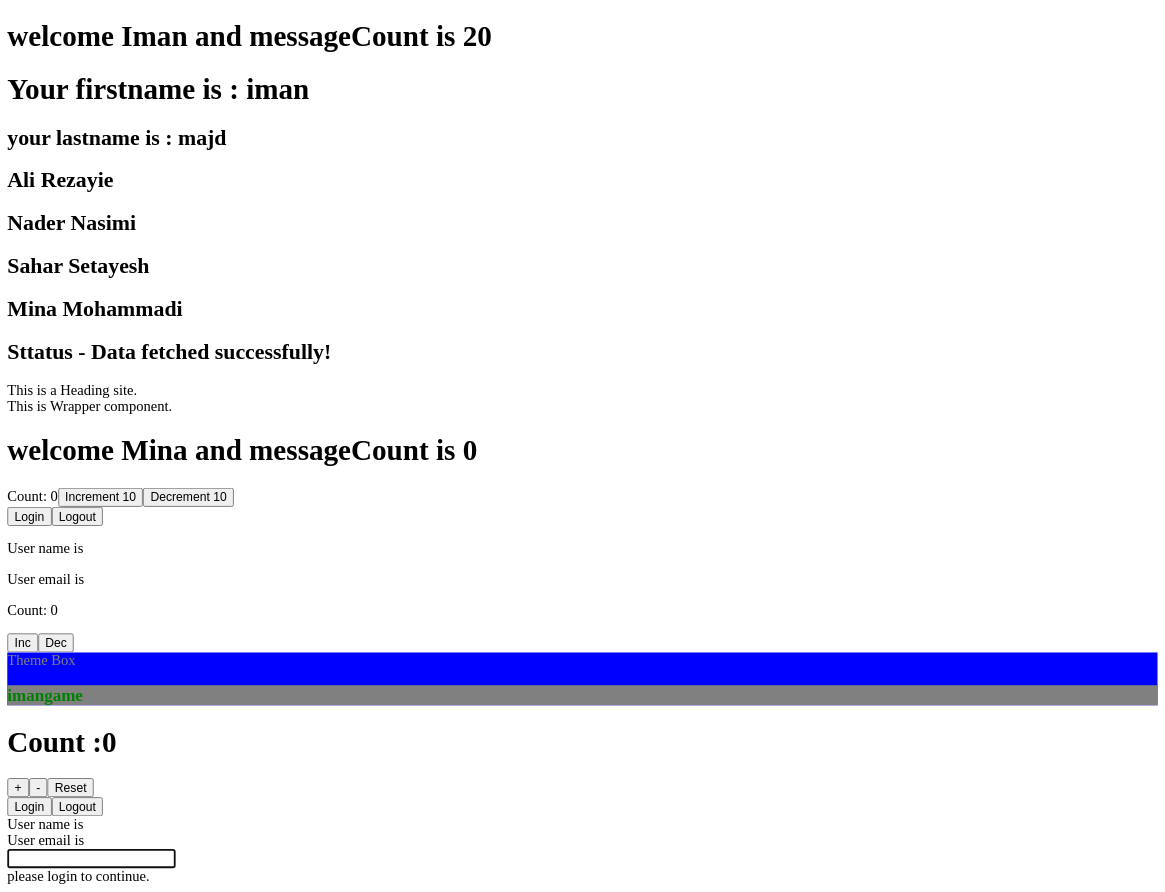
Repository: imangame2125/Typescript-learn-course
Page: /
An editor plug-in stored every save of this project. The page is shown before and after a run of saves, followed by the edit.
The browser window is 1280 px wide. The pictures show the whole page, at 91% of full size.
The project was rebuilt for these pictures with package versions that can differ from the ones it lists, and the page was loaded fresh each time.

Above is the page before, as saved 2023-10-01 15:47:45.

After the next 2 saves:
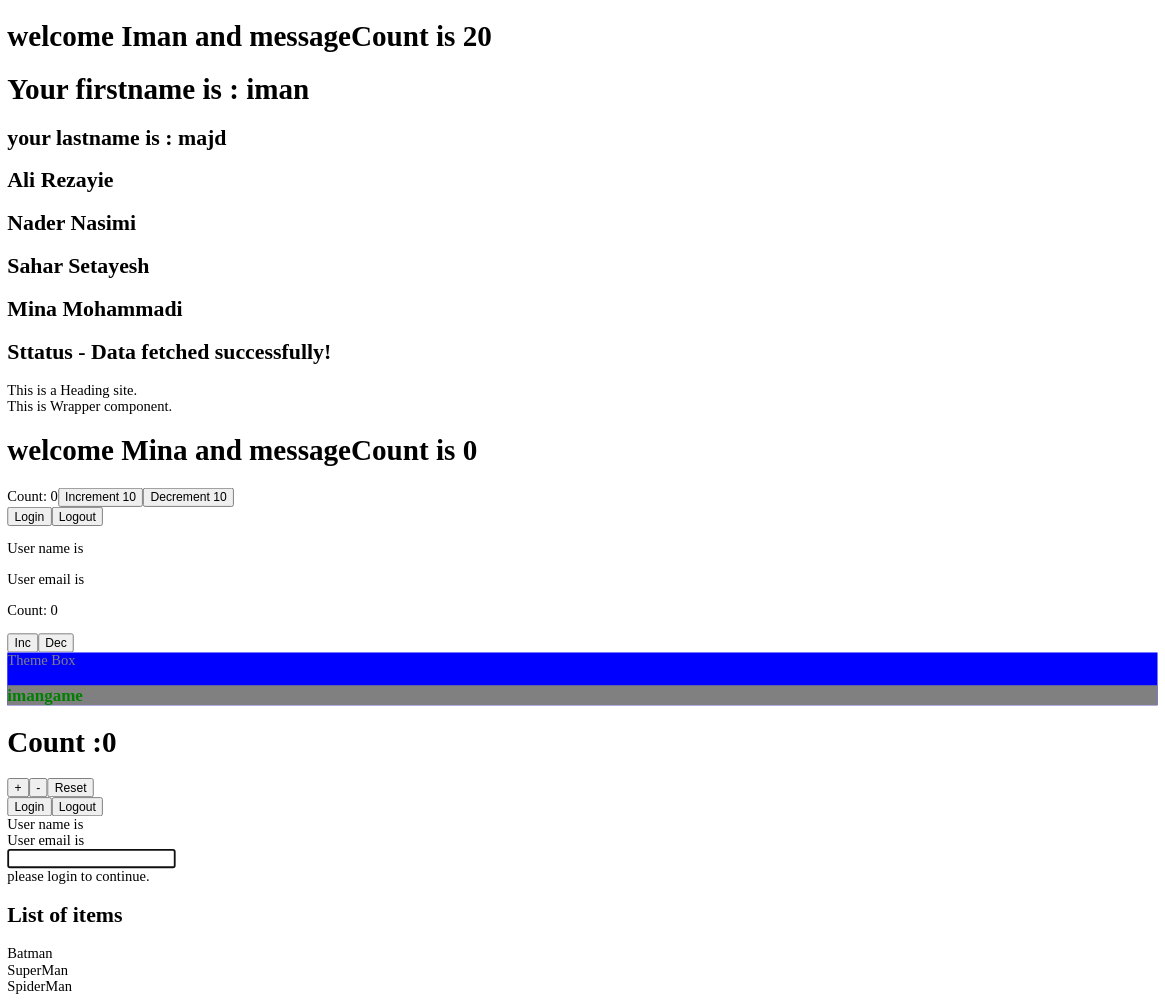
The 2 saves are shown as one change because they came seconds apart.
The last was saved 92 s later.
--- a/src/App.tsx
+++ b/src/App.tsx
@@ -17,6 +17,7 @@ import DomRef from "./components/ref/DomRef";
 import Private from "./components/auth/Private";
 import Profile from "./components/auth/Profile";
 import LogIn from "./components/auth/LogIn";
+import { List } from "./components/generics/List";
 
 
 function App() {
@@ -80,6 +81,8 @@ function App() {
       <DomRef/>
 
       <Private isLoggedIn={true} component={LogIn}/>
+
+      <List items={['Batman','SuperMan','SpiderMan']}/>
     </div>
   );
 }
